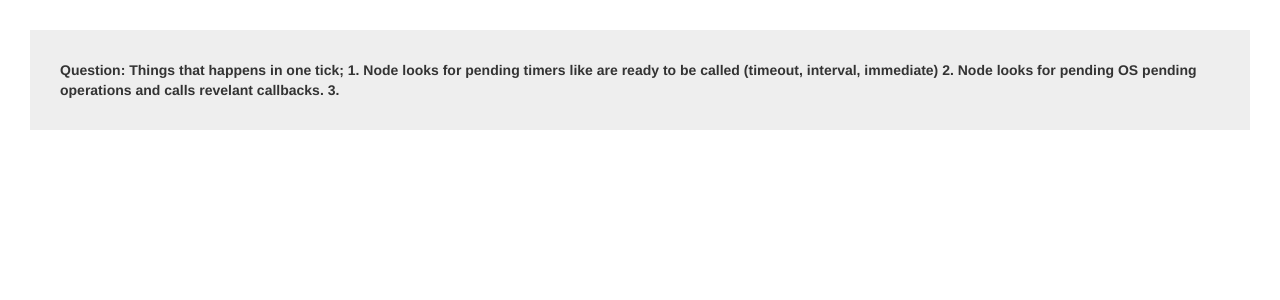
Repository: rahil001/preparation
Page: javascriptPrac/index.html
The author's editor kept a copy of each file at every save. The page is drawn from the files as they stood at one save, then again after the next save.
The browser window is 1280 px wide. The pictures show the whole page.

Above is the page before, as saved 2019-10-27 21:01:20.

After the next save:
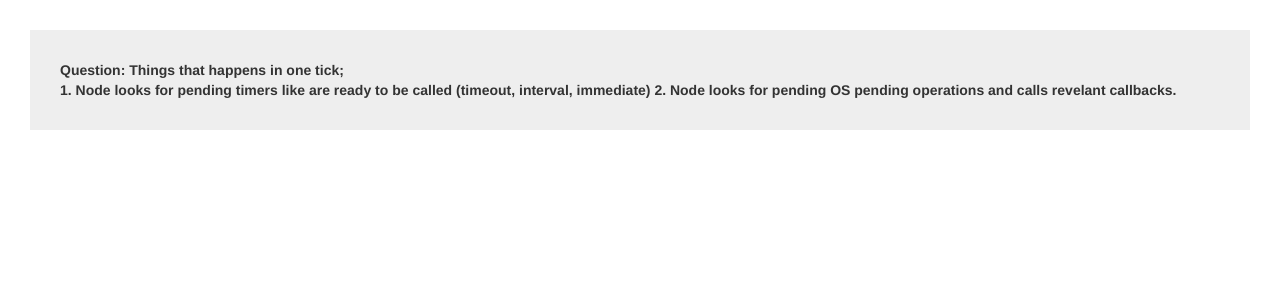
Saved 20 s later.
--- a/javascriptPrac/index.html
+++ b/javascriptPrac/index.html
@@ -16,9 +16,11 @@
 <body>
 <div class="jumbotron">
     <b>Question: Things that happens in one tick;<b>
+        <div>
     1. Node looks for pending timers like  are ready to be called (timeout, interval, immediate)
     2. Node looks for pending OS pending operations and calls revelant callbacks.
-    3.
+    </div>
+
 </div>
 <script src="app.js"></script>
 </body>
